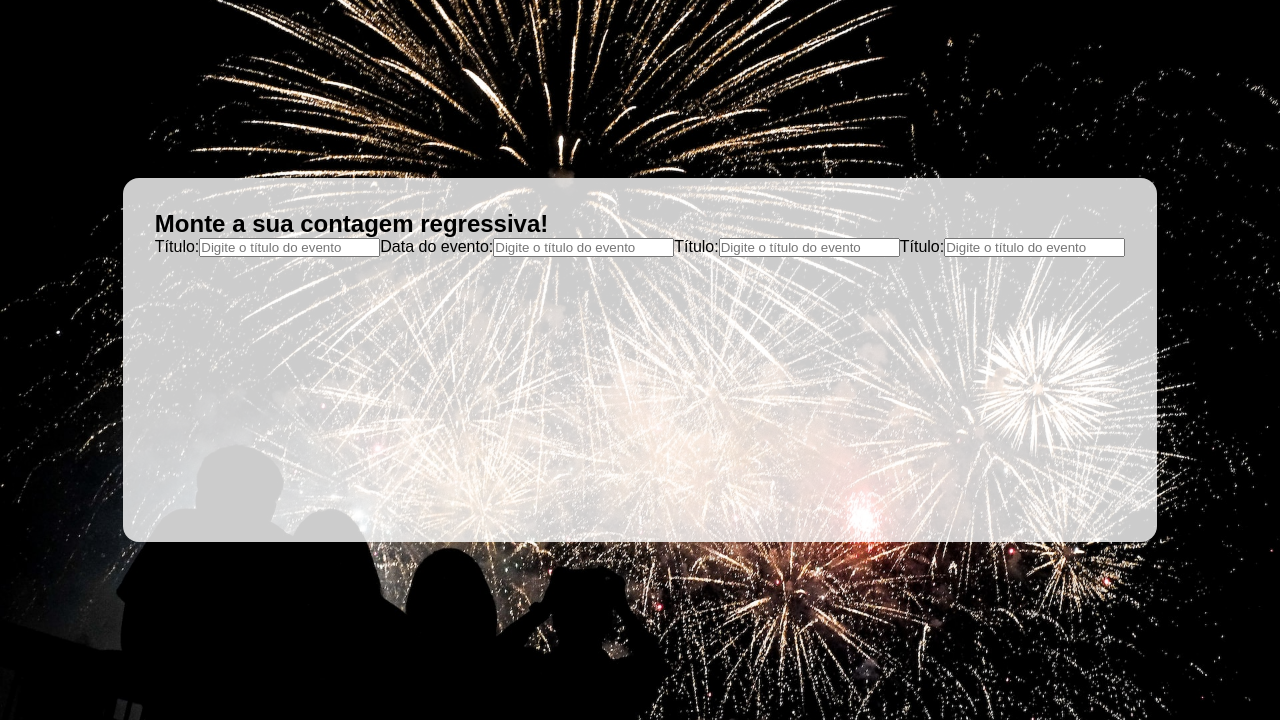
Repository: Bitroia/countdown_timer
Page: / (app in countdown/)
An editor plug-in stored every save of this project. The page is shown before and after a run of saves, followed by the edit.
The browser window is 1280 px wide. The pictures show the whole page.
The project was rebuilt for these pictures with package versions that can differ from the ones it lists, and the page was loaded fresh each time. Also part of the build but not shown: countdown/vite.config.js, countdown/src/components/Title.css, countdown/src/components/Title.jsx, countdown/src/components/Counter.css, countdown/src/components/Counter.jsx, countdown/src/routes/Countdown.jsx.

Above is the page before, as saved 2026-07-07 20:06:25.

### countdown/index.html
<!doctype html>
<html lang="en">
  <head>
    <meta charset="UTF-8" />
    <link rel="icon" type="image/svg+xml" href="/favicon.svg" />
    <meta name="viewport" content="width=device-width, initial-scale=1.0" />
    <title>countdown</title>
  </head>
  <body>
    <div id="root"></div>
    <script type="module" src="/src/main.jsx"></script>
  </body>
</html>

### countdown/src/main.jsx
import { StrictMode } from "react";
import { createRoot } from "react-dom/client";
import "./index.css";
import App from "./App.jsx";

import { createBrowserRouter, RouterProvider } from "react-router-dom";

//!Pages

import Home from "./routes/Home.jsx";
import Countdown from "./routes/Countdown.jsx";

const router = createBrowserRouter([
  {
    path: "/",
    element: <App />,
    children: [
      {
        path: "/",
        element: <Home />,
      },
      {
        path: "/countdown",
        element: <Countdown />,
      },
    ],
  },
]);

createRoot(document.getElementById("root")).render(
  <StrictMode>
    <RouterProvider router={router} />
  </StrictMode>,
);

### countdown/src/index.css
* {
  margin: 0;
  padding: 0;
  font-family: Arial, Helvetica, sans-serif;

}

body {
  min-height: 100vh;
}

### countdown/src/App.jsx
import "./App.css";
import NewYear from "./assets/newyear.jpg";
import useCountdown from "./hooks/useCountdown";
import { Outlet } from "react-router-dom";

function App() {

  return (
    <div className="app" style={{ backgroundImage: `url(${NewYear})` }}>
      <div className="container">
        <Outlet/>
        </div>

      </div>
  );
}

export default App;

### countdown/src/routes/Home.jsx
import React from "react";

const Home = () => {
  return (
    <div className="Home">
      <h2>Monte a sua contagem regressiva!</h2>
      <form className="countdown-form">
        <label>
          <span>Título:</span>
          <input
            type="text"
            name="title"
            placeholder="Digite o título do evento"
          />
        </label>

        <label>
          <span>Data do evento:</span>
          <input
            type="text"
            name="title"
            placeholder="Digite o título do evento"
          />
        </label>

        <label>
          <span>Título:</span>
          <input
            type="text"
            name="title"
            placeholder="Digite o título do evento"
          />
        </label>

        <label>
          <span>Título:</span>
          <input
            type="text"
            name="title"
            placeholder="Digite o título do evento"
          />
        </label>
      </form>
    </div>
  );
};

export default Home;

### countdown/src/App.css
.app {
  min-height: 100vh;
  background-size: cover;
  background-position: center;
  display: flex;
  justify-content: center;
  align-items: center;
}

.container {
  min-width: 50%;
  min-height: 300px;
  background-color: rgba(255, 255, 255, 0.8);
  padding: 2rem;
  border-radius: 1rem;
}

.countdown-container {
  display: flex;
  justify-content: center;
  align-items: center;
  height: 200px;
  gap: 2rem;
}

### countdown/src/hooks/useCountdown.jsx
import { useState } from "react";

const useCountdown = (date) => {
  const [day, setDay] = useState();
  const [hour, setHour] = useState();
  const [minute, setMinute] = useState();
  const [second, setSecond] = useState();

  const countdown = () => {

    const countDate = new Date(date).getTime();
    const now = new Date().getTime();
    const interval = countDate - now;

    const second = 1000;
    const minute = second * 60;
    const hour = minute * 60;
    const day = hour * 24;

    const dayNumber = Math.floor(interval / day);
    const hourNumber = Math.floor((interval % day) / hour);
    const minuteNumber = Math.floor((interval % hour) / minute);
    const secondNumber = Math.floor((interval % minute) / second);

    setDay(dayNumber);
    setHour(hourNumber);
    setMinute(minuteNumber);
    setSecond(secondNumber);
  };

  setInterval(countdown, 1000);
  return [day,hour,minute,second];
};

export default useCountdown;

After the next 3 saves:
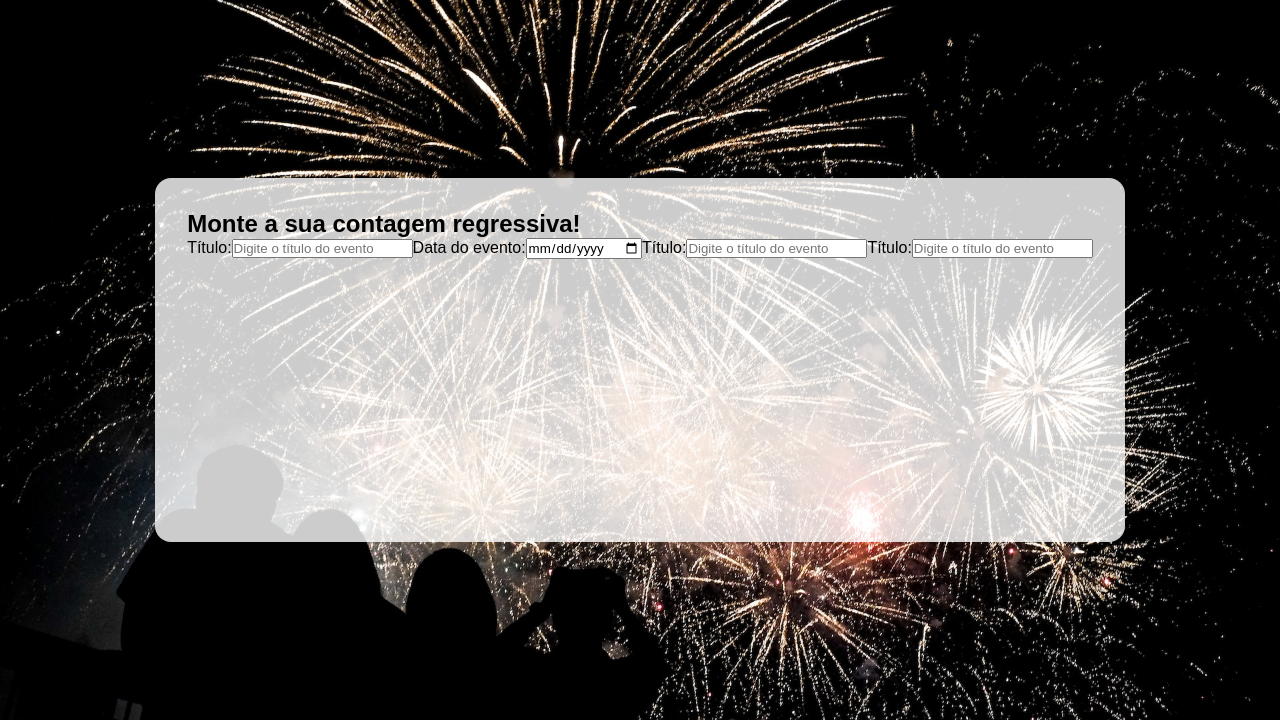
The 3 saves are shown as one change because they came seconds apart.
The last was saved 8 s later.
--- a/countdown/src/routes/Home.jsx
+++ b/countdown/src/routes/Home.jsx
@@ -17,8 +17,8 @@ const Home = () => {
         <label>
           <span>Data do evento:</span>
           <input
-            type="text"
-            name="title"
+            type="date"
+            name="date"
             placeholder="Digite o título do evento"
           />
         </label>
